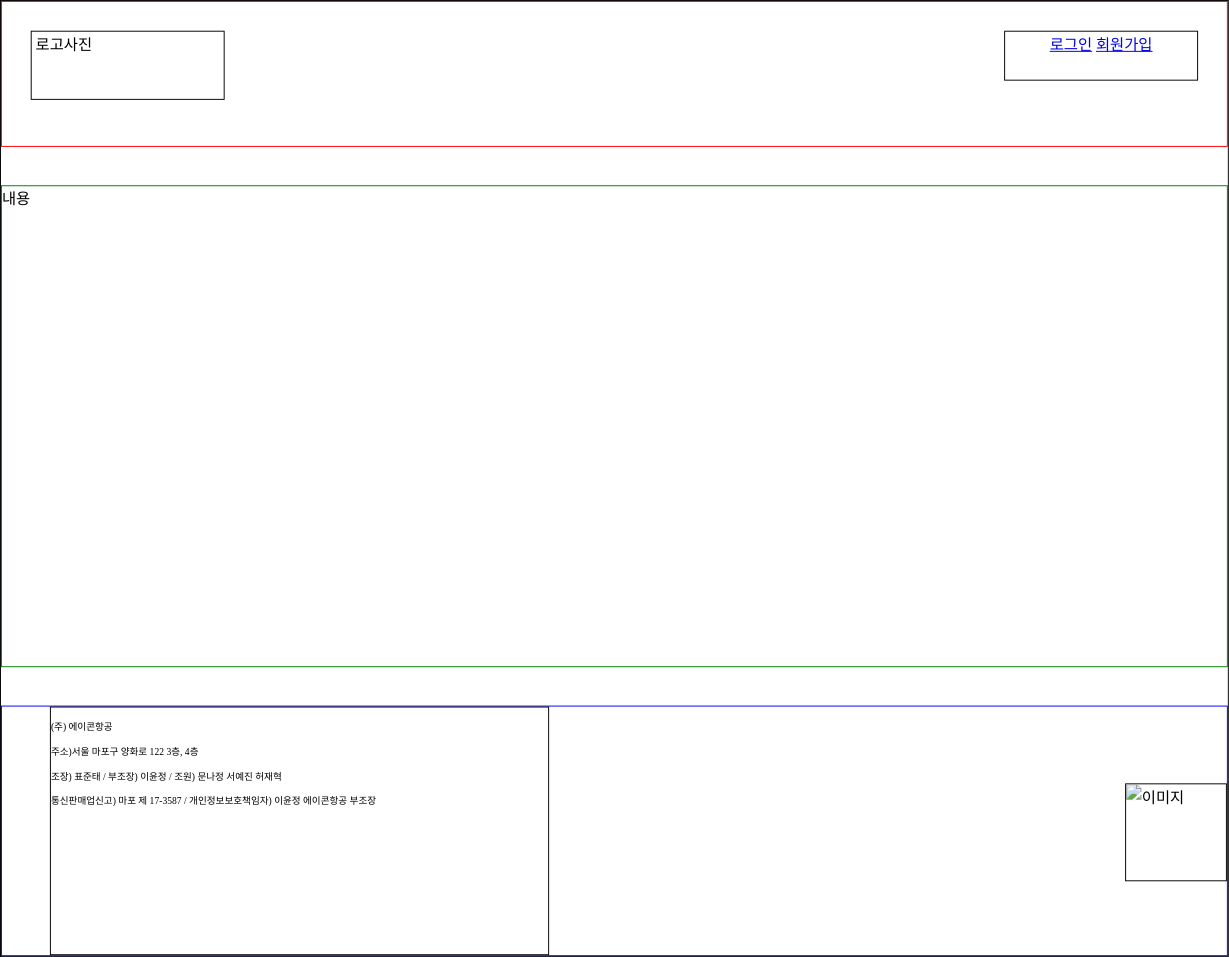
Repository: juntae710/Acorn_AirlineReservation_Project
Page: http://localhost/prj3_1/WEB-INF/views/h_index.jsp
These files come from the project's save history. The page is drawn as it stood at one moment and after the next save; the edit follows.
The browser window is 1280 px wide. The pictures show the whole page, at 96% of full size.
The page is served by Tomcat 9. Nobody is signed in. The template is opened directly, without the code that normally fills it, so the values that code supplies are empty.

Above is the page before, as saved 2023-09-20 01:46:55.
Not found: Eclipse/prj3_1/prj3_1/WEB-INF/views/..img/acornairport.png

After the next save:
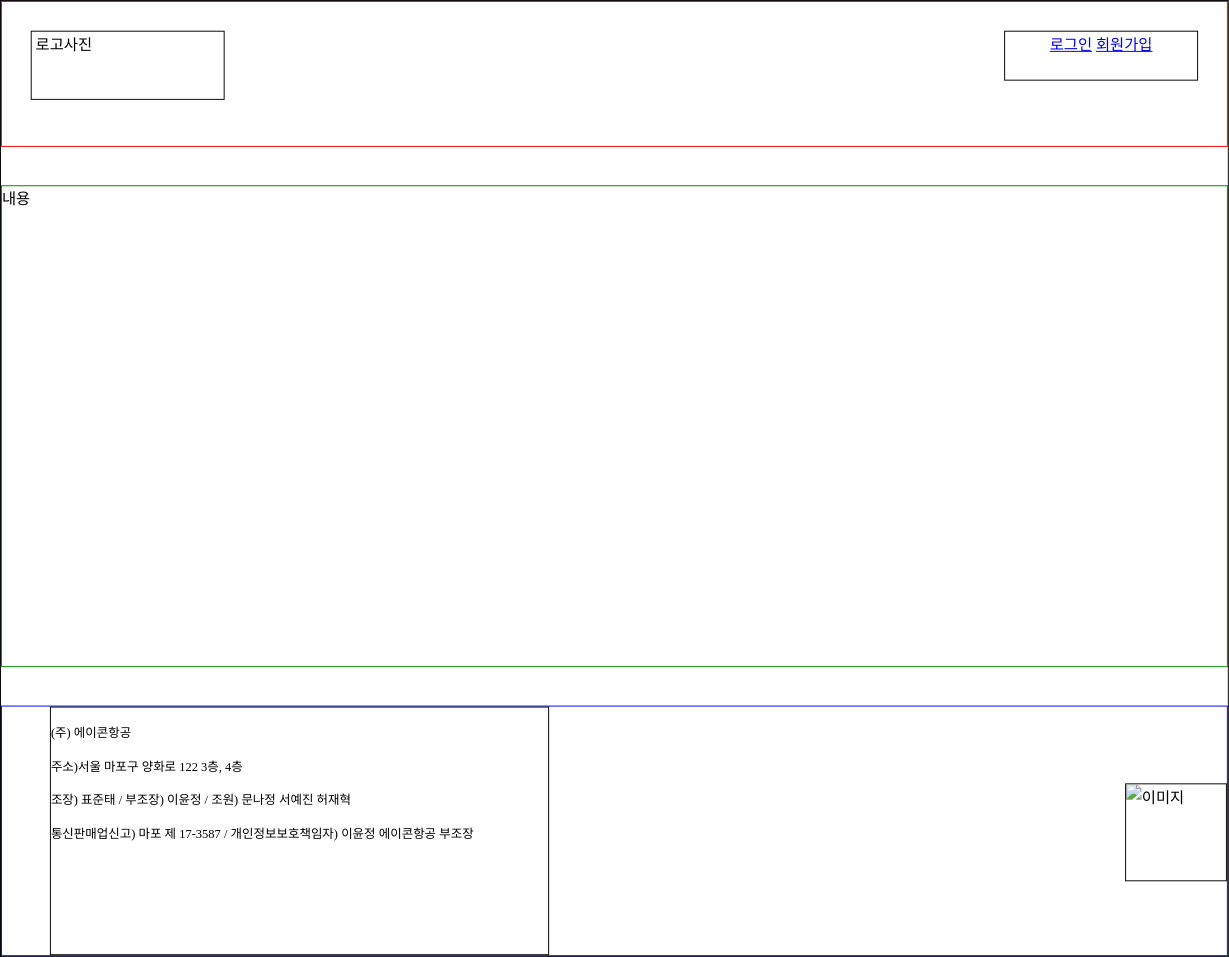
Saved 6 s later.
--- a/Eclipse/prj3_1/src/main/webapp/WEB-INF/views/h_index.jsp
+++ b/Eclipse/prj3_1/src/main/webapp/WEB-INF/views/h_index.jsp
@@ -58,7 +58,7 @@ footer {
 	border: 1px solid black;
 	margin-left: 50px;
 	width: 1000px;
-	font-size: 10px;
+	font-size: 13px;
 }
 
 .footer_img {
